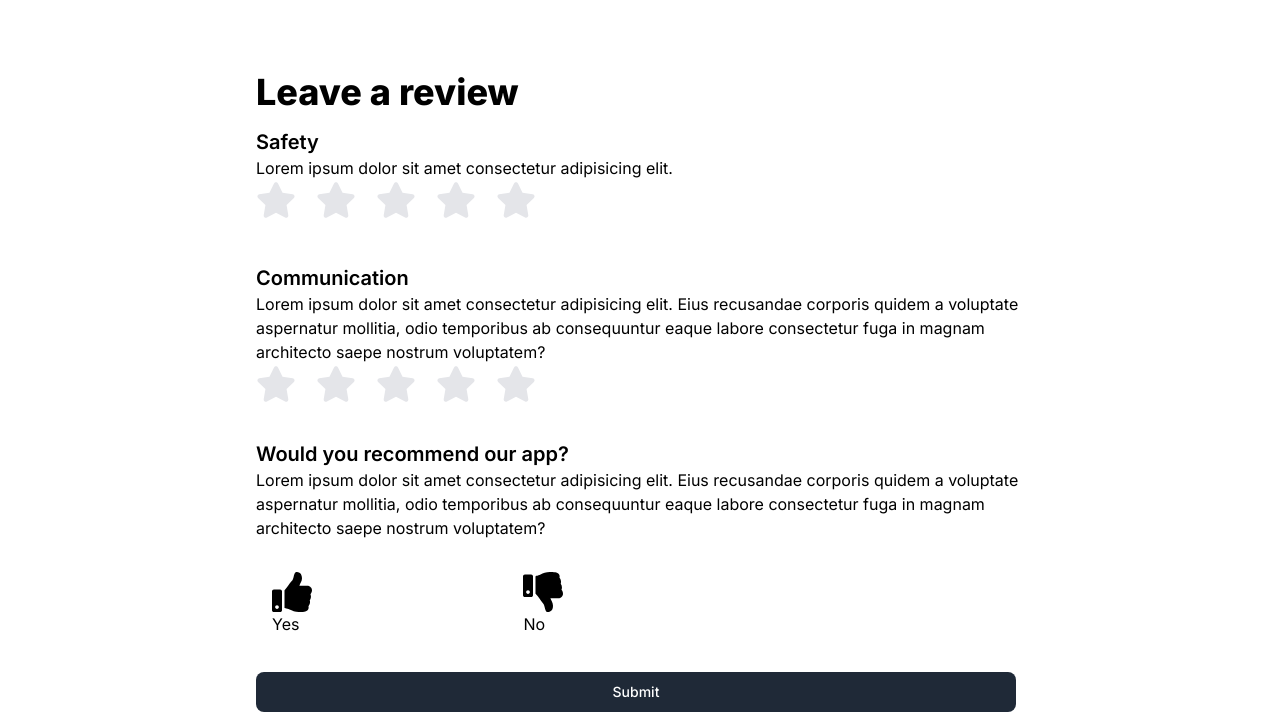
Repository: akankshaajoshi/review-form
Page: /review
An editor plug-in stored every save of this project. The page is shown before and after the next save, followed by the edit.
The browser window is 1280 px wide. The pictures show the whole page.
The project was rebuilt for these pictures with package versions that can differ from the ones it lists, and the page was loaded fresh each time. The framework's server and built-in components were replaced by stand-ins that run in the browser. Also part of the build but not shown: next.config.mjs.

Above is the page before, as saved 2024-05-25 13:55:03.

After the next save:
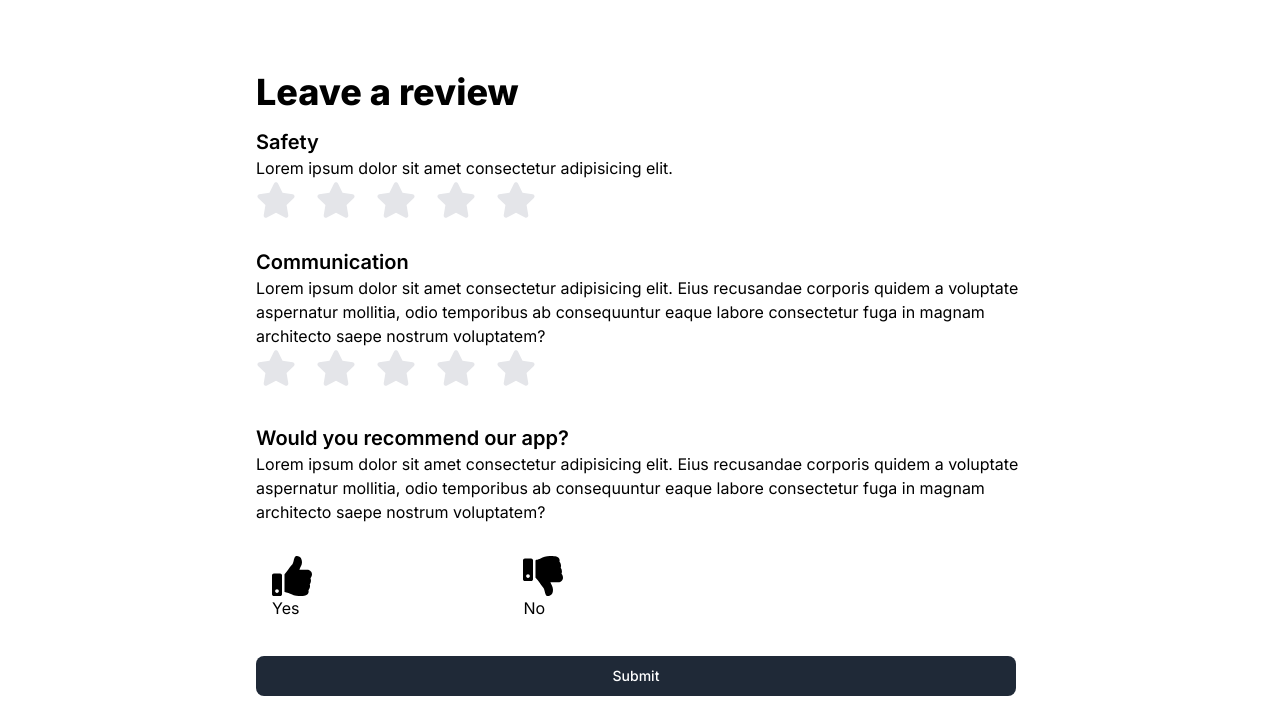
Saved 13 s later.
--- a/app/(routes)/review/page.tsx
+++ b/app/(routes)/review/page.tsx
@@ -29,7 +29,7 @@ export default function Review(){
             {state?.type === "success" && <p className="text-lg p-2 text-white rounded-md bg-green-500">{state?.message}</p>}
             {state?.type === "error" && <p className="text-lg p-2 text-white rounded-md bg-red-500">{state?.message}</p>}
             <form action={formAction} className="flex flex-col lg:gap-y-[20px] sm:gap-y-[30px]">
-                <fieldset className="pb-6">
+                <fieldset className="pb-6 lg:pb-2">
                     <label htmlFor="safety" className="text-xl font-semibold">Safety</label>
                     <p>Lorem ipsum dolor sit amet consectetur adipisicing elit. </p>
                     <StarRating name="safety"/>
